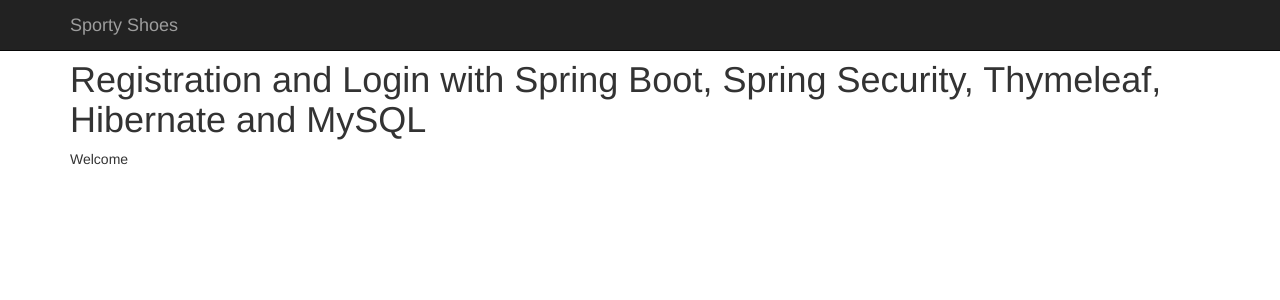
Repository: Niks4u2/SportyShoes
Page: http://localhost/index
The author's editor kept a copy of each file at every save. The page is drawn from the files as they stood at one save, then again after the next save.
The browser window is 1280 px wide. The pictures show the whole page.
The page is this project's Thymeleaf template; nobody is signed in. The template is opened directly, without the code that normally fills it, so the values that code supplies are empty.

Above is the page before, as saved 2021-11-07 15:32:53.

After the next save:
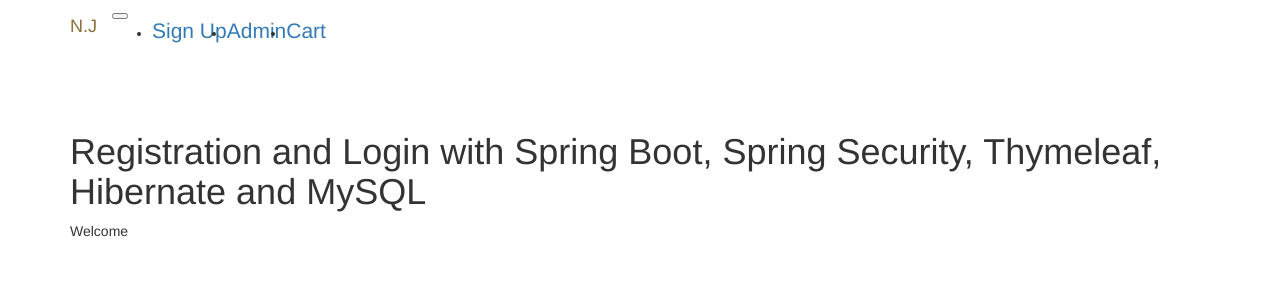
Saved 46 min 43 s later.
--- a/Source Code/sporty-shoes/src/main/resources/templates/index.html
+++ b/Source Code/sporty-shoes/src/main/resources/templates/index.html
@@ -13,25 +13,28 @@
 </head>
 <body>
 	<!-- create navigation bar ( header) -->
-	<nav class="navbar navbar-inverse navbar-fixed-top">
-		<div class="container">
-			<div class="navbar-header">
-				<button type="button" class="navbar-toggle collapsed"
-					data-toggle="collapse" data-target="#navbar" aria-expanded="false"
-					aria-controls="navbar">
-					<span class="sr-only">Toggle navigation</span> <span
-						class="icon-bar"></span> <span class="icon-bar"></span> <span
-						class="icon-bar"></span>
-				</button>
-				<a class="navbar-brand" href="#" th:href="@{/}">Sporty Shoes</a>
-			</div>
-			<div id="navbar" class="collapse navbar-collapse">
-				<ul class="nav navbar-nav">
-					<li sec:authorize="isAuthenticated()"><a th:href="@{/logout}">Logout</a></li>
-				</ul>
-			</div>
-		</div>
-	</nav>
+    <!-- Navbar -->
+    <nav class="navbar navbar-expand-lg bg-dark navbar-dark fixed-top">
+        <div class="container">
+            <a href="#" class="navbar-brand text-warning fw-bold fs-2 animate__animated animate__bounce">N.J</a>
+            <button class="navbar-toggler" type="button" data-bs-toggle="collapse" data-bs-target="#navmenu">
+                <span class="navbar-toggler-icon"></span>
+            </button>
+            <div class="collapse navbar-collapse" id="navmenu">
+                <ul class="navbar-nav ms-auto">
+                    <li class="nav-item">
+                        <a href="#about" class="nav-link lead px-3">Sign Up</a>
+                    </li>
+                    <li class="nav-item">
+                        <a href="#work" class="nav-link lead px-3">Admin</a>
+                    </li>
+                    <li class="nav-item">
+                        <a href="#contact" class="nav-link lead px-3">Cart</a>
+                    </li>
+                </ul>
+            </div>
+        </div>
+    </nav>
 
 	<br>
 	<br>
